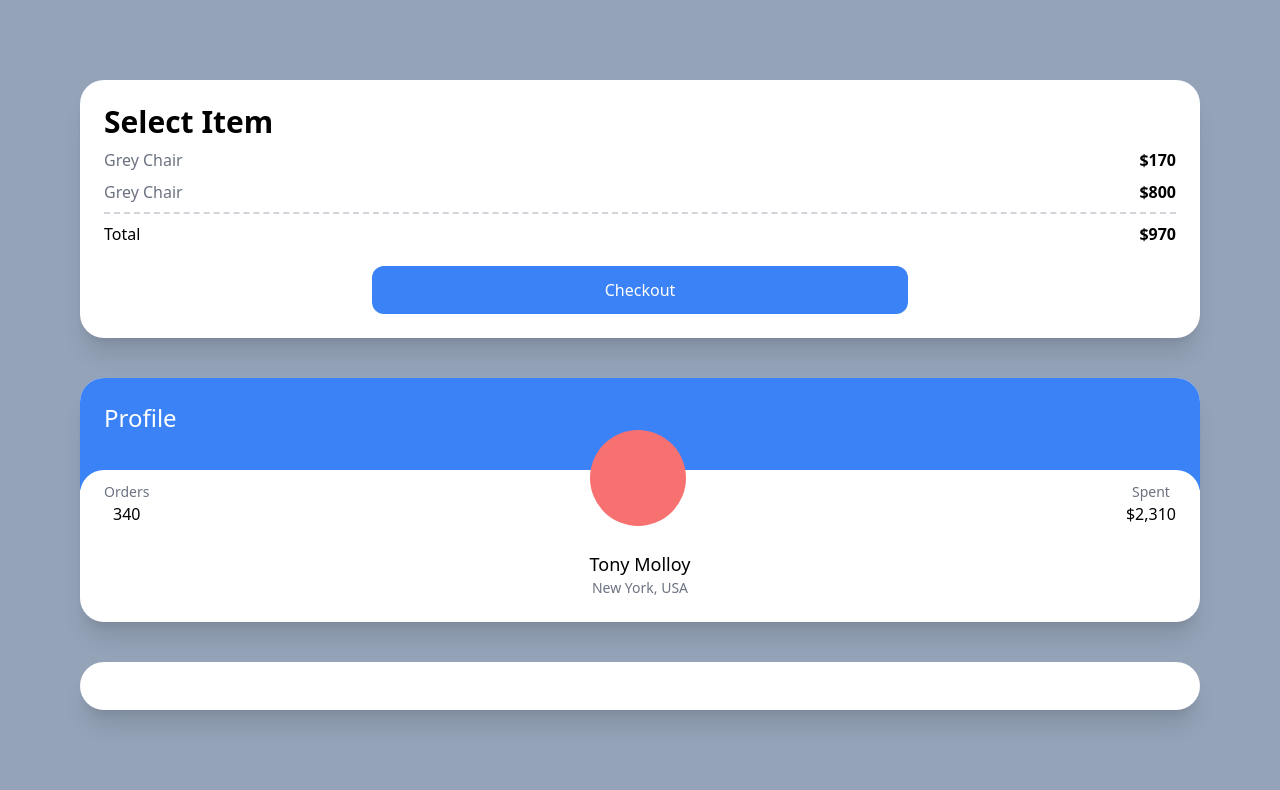
Repository: pjk0007/nextjs-carrot-marcket
Page: /
An editor plug-in stored every save of this project. The page is shown before and after the next save, followed by the edit.
The browser window is 1280 px wide. The pictures show the whole page.
The project was rebuilt for these pictures with package versions that can differ from the ones it lists, and the page was loaded fresh each time. The framework's server and built-in components were replaced by stand-ins that run in the browser. Also part of the build but not shown: next.config.js.

Above is the page before, as saved 2022-04-30 13:18:58.

### pages/index.tsx
import type { NextPage } from 'next'
const Home: NextPage = () => {
  return (
    <div className='bg-slate-400 py-20 px-20 grid gap-10'>
      <div className='bg-white p-6 rounded-3xl shadow-xl'>
        <span className='font-semibold text-3xl'>Select Item</span>
        <div className='flex justify-between my-2'>
          <span className='text-gray-500'>Grey Chair</span>
          <span className='font-semibold'>$170</span>
        </div>
        <div className='flex justify-between'>
          <span className='text-gray-500'>Grey Chair</span>
          <span className='font-semibold'>$800</span>
        </div>
        <div className='flex justify-between mt-2 pt-2 border-t-2 border-dashed border-gray-300'>
          <span>Total</span>
          <span className='font-semibold'>$970</span>
        </div>
        <div className='mt-5 bg-blue-500 text-white p-3 text-center rounded-xl w-1/2 mx-auto'>Checkout</div>
      </div>

      <div className='bg-white overflow-hidden rounded-3xl shadow-xl'>
        <div className='bg-blue-500 p-6 pb-14'>
          <span className='text-white text-2xl'>Profile</span>
        </div>
        <div className='rounded-3xl p-6 relative -top-5 bg-white'>
          <div className='flex relative -top-16 items-end justify-between'>
            <div className='flex flex-col items-center'>
              <span className='text-sm text-gray-500'>Orders</span>
              <span className='font-medium'>340</span>
            </div>
            <div className='h-24 w-24 bg-red-400 rounded-full'/>
            <div className='flex flex-col items-center'>
              <span className='text-sm text-gray-500'>Spent</span>
              <span className='font-medium'>$2,310</span>
            </div>
          </div>
          <div className='flex flex-col items-center -mt-10 -mb-5'>
            <span className='text-lg font-medium'>Tony Molloy</span>
            <span className='text-sm text-gray-500'>New York, USA</span>
          </div>
        </div>
      </div>

      <div className='bg-white p-6 rounded-3xl shadow-xl'>

      </div>
    </div>
  );
}

export default Home

### tailwind.config.js
module.exports = {
  content: [
    "./pages/**/*.{js,jsx,ts,tsx}",
    "./components/**/*.{js,jsx,ts,tsx}"
  ],
  theme: {
    extend: {},
  },
  plugins: [],
}

Loaded but not shown: pages/_app.tsx (common file); styles/globals.css (common file)

After the next save:
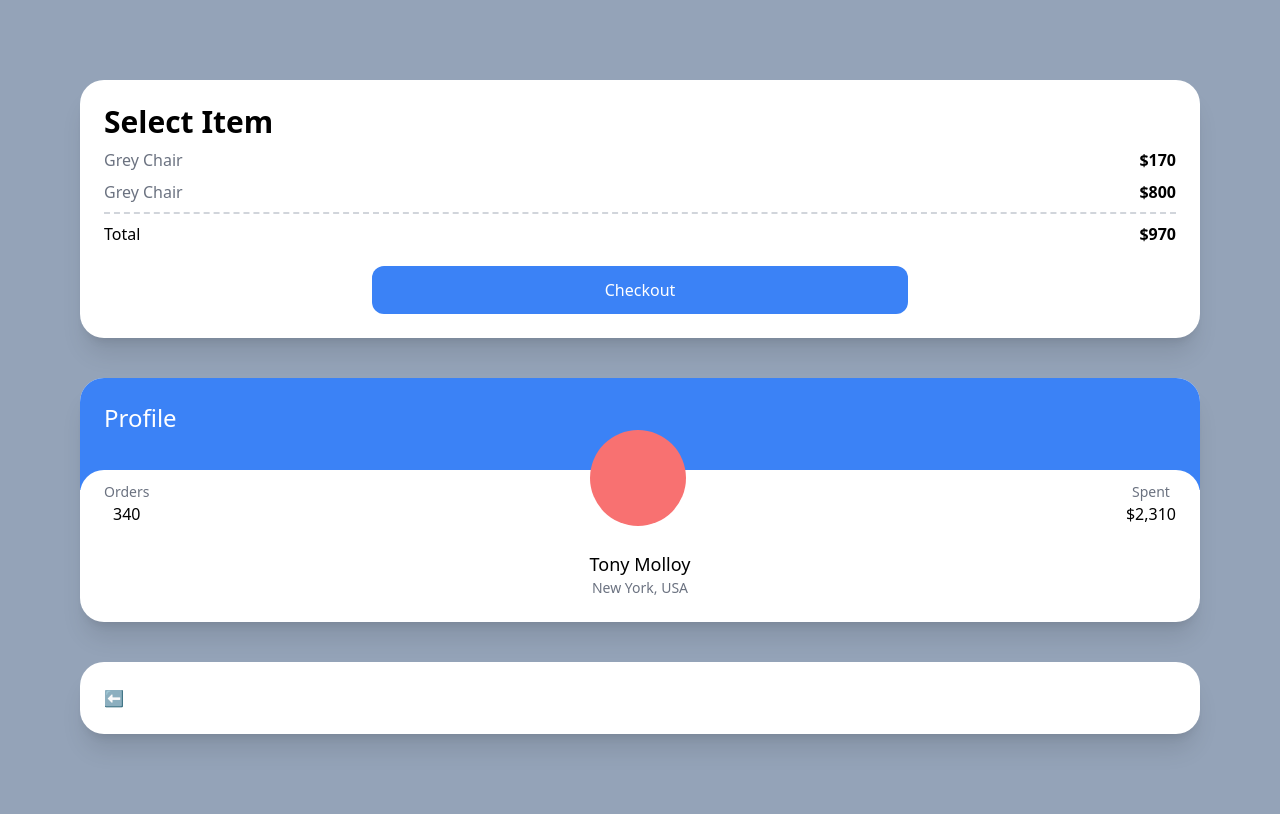
Saved 113 s later.
--- a/pages/index.tsx
+++ b/pages/index.tsx
@@ -43,7 +43,9 @@ const Home: NextPage = () => {
       </div>
 
       <div className='bg-white p-6 rounded-3xl shadow-xl'>
-
+        <div>
+          <span>⬅</span>
+        </div>
       </div>
     </div>
   );
